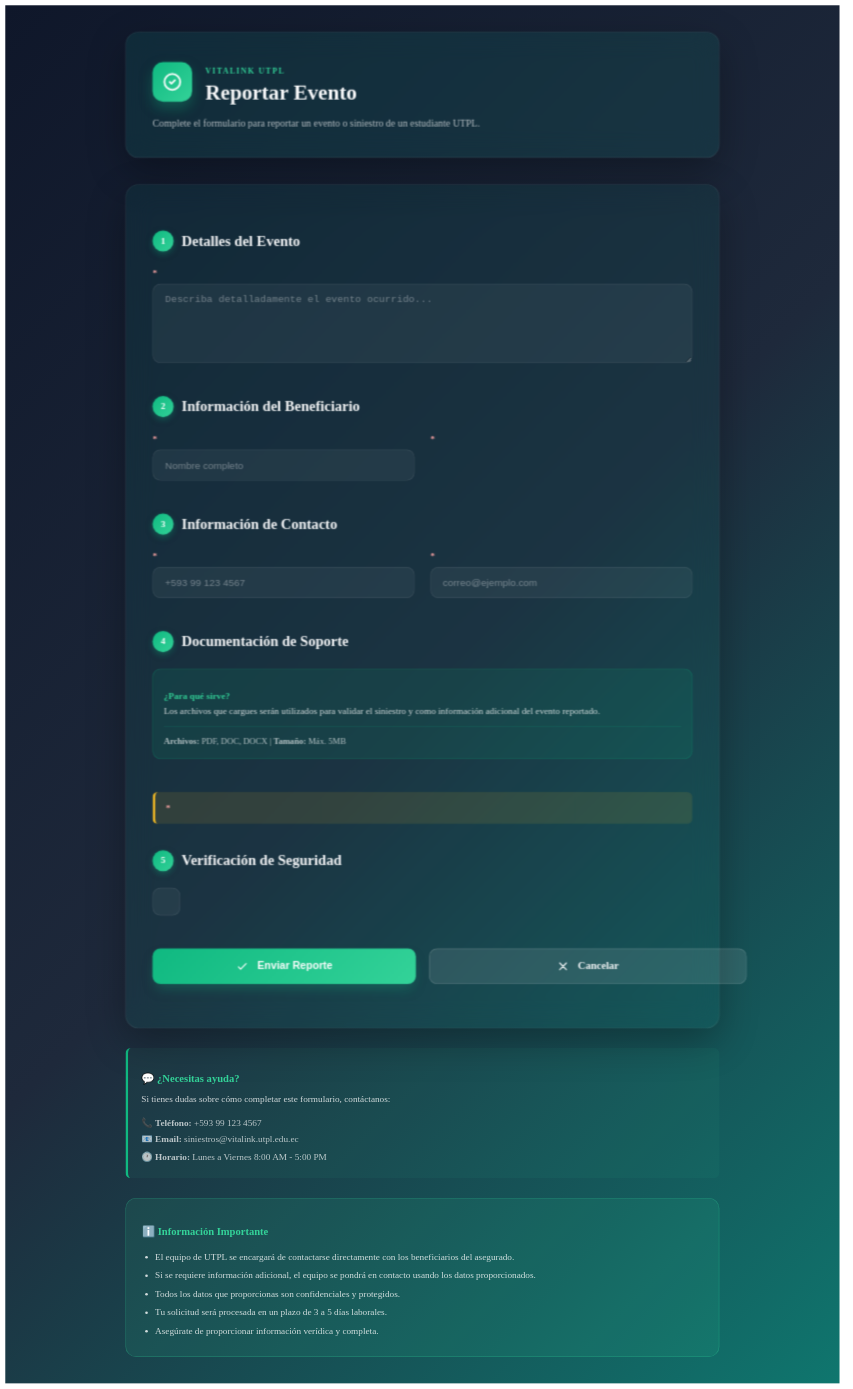
Repository: Carlosmicael/seguroVitaLink
Page: templates/siniestros/formulario_activacion.html
The author's editor kept a copy of each file at every save. The page is drawn from the files as they stood at one save, then again after the next save.
The browser window is 1280 px wide. The page is 1280 px wide, then 1293 px, so the pictures cover 1293 px, including what lies to the right of the window. The pictures show the whole page, at 66% of full size.
The template is drawn by Django 5.2. The application's start-up code is not run. Other server files are loaded and not shown. The template is opened directly, without the code that normally fills it, so the values that code supplies are empty.

Above is the page before, as saved 2026-01-22 21:47:44.

### templates/siniestros/formulario_activacion.html
{% load static %}


{% block content %}
<style>
@keyframes fadeIn {
    from { opacity: 0; transform: translateY(20px); }
    to { opacity: 1; transform: translateY(0); }
}

.form-section {
    animation: fadeIn 0.6s ease-out;
}

.input-field {
    background: rgba(255, 255, 255, 0.05);
    border: 1px solid rgba(255, 255, 255, 0.1);
    border-radius: 12px;
    padding: 14px 18px;
    color: #f9fafb;
    font-size: 15px;
    transition: all 0.3s ease;
    width: 100%;
}

.input-field:focus {
    outline: none;
    background: rgba(255, 255, 255, 0.08);
    border-color: #10b981;
    box-shadow: 0 0 0 3px rgba(16, 185, 129, 0.1);
}

.input-field::placeholder {
    color: rgba(255, 255, 255, 0.4);
}

textarea.input-field {
    min-height: 120px;
    resize: vertical;
}

select.input-field {
    appearance: none;
    background-image: url("data:[embedded picture, 228 characters]");
    background-repeat: no-repeat;
    background-position: right 12px center;
    background-size: 20px;
    padding-right: 40px;
}

.btn-primary {
    background: linear-gradient(135deg, #10b981 0%, #34d399 100%);
    color: white;
    font-weight: 700;
    padding: 16px 40px;
    border-radius: 12px;
    font-size: 16px;
    border: none;
    cursor: pointer;
    transition: all 0.3s ease;
    box-shadow: 0 10px 20px -5px rgba(16, 185, 129, 0.3);
    width: 100%;
}

.btn-primary:hover {
    transform: translateY(-2px);
    box-shadow: 0 15px 30px -5px rgba(16, 185, 129, 0.4);
}

.btn-secondary {
    background: rgba(255, 255, 255, 0.1);
    color: #f9fafb;
    font-weight: 600;
    padding: 16px 40px;
    border-radius: 12px;
    font-size: 16px;
    border: 1px solid rgba(255, 255, 255, 0.2);
    cursor: pointer;
    transition: all 0.3s ease;
    text-align: center;
    text-decoration: none;
    display: inline-block;
    width: 100%;
}

.btn-secondary:hover {
    background: rgba(255, 255, 255, 0.15);
    border-color: rgba(255, 255, 255, 0.3);
}

.section-badge {
    display: inline-flex;
    align-items: center;
    justify-content: center;
    width: 32px;
    height: 32px;
    background: linear-gradient(135deg, #10b981 0%, #34d399 100%);
    border-radius: 50%;
    color: white;
    font-weight: 700;
    font-size: 14px;
    margin-right: 12px;
    box-shadow: 0 4px 10px rgba(16, 185, 129, 0.3);
}

.label-text {
    color: rgba(255, 255, 255, 0.9);
    font-size: 14px;
    font-weight: 600;
    margin-bottom: 8px;
    display: block;
}

.error-text {
    color: #fca5a5;
    font-size: 13px;
    margin-top: 6px;
}

.info-box {
    background: rgba(16, 185, 129, 0.1);
    border: 1px solid rgba(16, 185, 129, 0.3);
    border-radius: 12px;
    padding: 16px;
    margin-bottom: 20px;
}

.help-box {
    background: rgba(52, 211, 153, 0.05);
    border-left: 4px solid #10b981;
    border-radius: 8px;
    padding: 20px;
    margin-top: 30px;
}

.checkbox-wrapper {
    display: flex;
    align-items: start;
    gap: 12px;
    background: rgba(251, 191, 36, 0.1);
    border-left: 4px solid #fbbf24;
    border-radius: 8px;
    padding: 16px;
}

.checkbox-wrapper input[type="checkbox"] {
    width: 20px;
    height: 20px;
    cursor: pointer;
    margin-top: 2px;
}

.file-input-wrapper {
    position: relative;
}

.file-input-wrapper input[type="file"] {
    width: 100%;
    padding: 14px;
    background: rgba(255, 255, 255, 0.05);
    border: 2px dashed rgba(255, 255, 255, 0.2);
    border-radius: 12px;
    color: #f9fafb;
    cursor: pointer;
    transition: all 0.3s ease;
}

.file-input-wrapper input[type="file"]:hover {
    background: rgba(255, 255, 255, 0.08);
    border-color: #10b981;
}
</style>

<main style="background: linear-gradient(135deg, #0f172a 0%, #1e293b 50%, #0f766e 100%); min-height: 100vh; padding: 40px 20px;">
    <div style="max-width: 900px; margin: 0 auto;">

        <!-- Header Card -->
        <div style="background: rgba(15, 118, 110, 0.2); backdrop-filter: blur(20px); border-radius: 20px; padding: 40px; margin-bottom: 40px; border: 1px solid rgba(255, 255, 255, 0.1); box-shadow: 0 20px 60px rgba(0, 0, 0, 0.3);">
            <div style="display: flex; align-items: center; gap: 20px; margin-bottom: 16px;">
                <div style="width: 60px; height: 60px; background: linear-gradient(135deg, #10b981 0%, #34d399 100%); border-radius: 16px; display: flex; align-items: center; justify-content: center; box-shadow: 0 10px 20px rgba(16, 185, 129, 0.3);">
                    <svg style="width: 32px; height: 32px; color: white;" fill="none" stroke="currentColor" viewBox="0 0 24 24">
                        <path stroke-linecap="round" stroke-linejoin="round" stroke-width="2" d="M9 12l2 2 4-4m6 2a9 9 0 11-18 0 9 9 0 0118 0z"></path>
                    </svg>
                </div>
                <div>
                    <p style="color: #34d399; font-size: 12px; font-weight: 700; text-transform: uppercase; letter-spacing: 2px; margin-bottom: 4px;">VITALINK UTPL</p>
                    <h1 style="font-size: 32px; font-weight: 900; color: #f9fafb; line-height: 1.2; margin: 0;">Reportar Evento</h1>
                </div>
            </div>
            <p style="color: rgba(255, 255, 255, 0.7); font-size: 15px; line-height: 1.6; margin: 0;">
                Complete el formulario para reportar un evento o siniestro de un estudiante UTPL.
            </p>
        </div>

        <!-- Main Form Card -->
        <div style="background: rgba(15, 118, 110, 0.15); backdrop-filter: blur(20px); border-radius: 20px; padding: 50px 40px; border: 1px solid rgba(255, 255, 255, 0.1); box-shadow: 0 20px 60px rgba(0, 0, 0, 0.3);">
            <form method="POST" enctype="multipart/form-data" id="activacionForm" url="reportar_evento">
                {% csrf_token %}

                <!-- Sección 1: Detalles del Evento -->
                <div style="margin-bottom: 50px;" class="form-section">
                    <h2 style="font-size: 22px; font-weight: 700; color: #f9fafb; margin-bottom: 25px; display: flex; align-items: center;">
                        <span class="section-badge">1</span>
                        Detalles del Evento
                    </h2>

                    <div style="margin-bottom: 24px;">
                        <label for="{{ form.descripcion.id_for_label }}" class="label-text">
                            {{ form.descripcion.label }}
                            <span style="color: #fca5a5;">*</span>
                        </label>
                        <textarea name="{{ form.descripcion.name }}" id="{{ form.descripcion.id_for_label }}" class="input-field" placeholder="Describa detalladamente el evento ocurrido..." required>{{ form.descripcion.value|default:'' }}</textarea>
                        {% if form.descripcion.errors %}
                            <div class="error-text">{{ form.descripcion.errors.0 }}</div>
                        {% endif %}
                    </div>
                </div>

                <!-- Sección 2: Información del Beneficiario -->
                <div style="margin-bottom: 50px;" class="form-section">
                    <h2 style="font-size: 22px; font-weight: 700; color: #f9fafb; margin-bottom: 25px; display: flex; align-items: center;">
                        <span class="section-badge">2</span>
                        Información del Beneficiario
                    </h2>

                    <div style="display: grid; grid-template-columns: repeat(auto-fit, minmax(250px, 1fr)); gap: 24px;">
                        <div>
                            <label for="{{ form.nombre_beneficiario.id_for_label }}" class="label-text">
                                {{ form.nombre_beneficiario.label }}
                                <span style="color: #fca5a5;">*</span>
                            </label>
                            <input type="text" name="{{ form.nombre_beneficiario.name }}" id="{{ form.nombre_beneficiario.id_for_label }}" class="input-field" placeholder="Nombre completo" value="{{ form.nombre_beneficiario.value|default:'' }}" required>
                            {% if form.nombre_beneficiario.errors %}
                                <div class="error-text">{{ form.nombre_beneficiario.errors.0 }}</div>
                            {% endif %}
                        </div>

                        <div>
                            <label for="{{ form.relacion_beneficiario.id_for_label }}" class="label-text">
                                {{ form.relacion_beneficiario.label }}
                                <span style="color: #fca5a5;">*</span>
                            </label>
                            {{ form.relacion_beneficiario }}
                            {% if form.relacion_beneficiario.errors %}
                                <div class="error-text">{{ form.relacion_beneficiario.errors.0 }}</div>
                            {% endif %}
                        </div>
                    </div>
                </div>

                <!-- Sección 3: Contacto -->
                <div style="margin-bottom: 50px;" class="form-section">
                    <h2 style="font-size: 22px; font-weight: 700; color: #f9fafb; margin-bottom: 25px; display: flex; align-items: center;">
                        <span class="section-badge">3</span>
                        Información de Contacto
                    </h2>

                    <div style="display: grid; grid-template-columns: repeat(auto-fit, minmax(250px, 1fr)); gap: 24px;">
                        <div>
                            <label for="{{ form.telefono.id_for_label }}" class="label-text">
                                {{ form.telefono.label }}
                                <span style="color: #fca5a5;">*</span>
                            </label>
                            <input type="tel" name="{{ form.telefono.name }}" id="{{ form.telefono.id_for_label }}" class="input-field" placeholder="+593 99 123 4567" value="{{ form.telefono.value|default:'' }}" required>
                            {% if form.telefono.errors %}
                                <div class="error-text">{{ form.telefono.errors.0 }}</div>
                            {% endif %}
                        </div>

                        <div>
                            <label for="{{ form.email.id_for_label }}" class="label-text">
                                {{ form.email.label }}
                                <span style="color: #fca5a5;">*</span>
                            </label>
                            <input type="email" name="{{ form.email.name }}" id="{{ form.email.id_for_label }}" class="input-field" placeholder="correo@ejemplo.com" value="{{ form.email.value|default:'' }}" required>
                            {% if form.email.errors %}
                                <div class="error-text">{{ form.email.errors.0 }}</div>
                            {% endif %}
                        </div>
                    </div>
                </div>

                <!-- Sección 4: Documentación -->
                <div style="margin-bottom: 50px;" class="form-section">
                    <h2 style="font-size: 22px; font-weight: 700; color: #f9fafb; margin-bottom: 25px; display: flex; align-items: center;">
                        <span class="section-badge">4</span>
                        Documentación de Soporte
                    </h2>

                    <div class="info-box">
                        <p style="color: rgba(255, 255, 255, 0.85); font-size: 14px; line-height: 1.6; margin-bottom: 12px;">
                            <strong style="color: #34d399;">¿Para qué sirve?</strong><br>
                            Los archivos que cargues serán utilizados para validar el siniestro y como información adicional del evento reportado.
                        </p>
                        <hr style="border: none; border-top: 1px solid rgba(16, 185, 129, 0.2); margin: 12px 0;">
                        <p style="color: rgba(255, 255, 255, 0.7); font-size: 13px; line-height: 1.5; margin: 0;">
                            <strong>Archivos:</strong> PDF, DOC, DOCX | <strong>Tamaño:</strong> Máx. 5MB
                        </p>
                    </div>

                    <div class="file-input-wrapper">
                        <label for="{{ form.archivo_documento.id_for_label }}" class="label-text">
                            {{ form.archivo_documento.label }}
                        </label>
                        {{ form.archivo_documento }}
                        {% if form.archivo_documento.errors %}
                            <div class="error-text">{{ form.archivo_documento.errors.0 }}</div>
                        {% endif %}
                    </div>
                </div>

                <!-- Sección 5: Consentimiento -->
                <div style="margin-bottom: 40px;" class="form-section">
                    <div class="checkbox-wrapper">
                        {{ form.acepta_terminos }}
                        <label for="{{ form.acepta_terminos.id_for_label }}" style="color: rgba(255, 255, 255, 0.9); font-size: 14px; font-weight: 600; flex: 1;">
                            {{ form.acepta_terminos.label }}
                            <span style="color: #fca5a5;">*</span>
                        </label>
                    </div>
                    {% if form.acepta_terminos.errors %}
                        <div class="error-text" style="margin-left: 32px;">{{ form.acepta_terminos.errors.0 }}</div>
                    {% endif %}
                </div>

                <!-- Sección 6: reCAPTCHA -->
                <div style="margin-bottom: 40px;" class="form-section">
                    <h2 style="font-size: 22px; font-weight: 700; color: #f9fafb; margin-bottom: 25px; display: flex; align-items: center;">
                        <span class="section-badge">5</span>
                        Verificación de Seguridad
                    </h2>

                    <div style="background: rgba(255, 255, 255, 0.05); border: 1px solid rgba(255, 255, 255, 0.1); border-radius: 12px; padding: 20px; display: inline-block;">
                        {% if form.captcha.errors %}
                            <div class="error-text" style="margin-bottom: 12px;">{{ form.captcha.errors.0 }}</div>
                        {% endif %}
                        {{ form.captcha }}
                    </div>
                </div>

                <!-- Botones de Acción -->
                <div style="display: grid; grid-template-columns: repeat(auto-fit, minmax(200px, 1fr)); gap: 20px; margin-top: 50px;">
                    <button type="submit" class="btn-primary" >
                        <svg style="display: inline-block; width: 20px; height: 20px; margin-right: 8px; vertical-align: middle;" fill="none" stroke="currentColor" viewBox="0 0 24 24">
                            <path stroke-linecap="round" stroke-linejoin="round" stroke-width="2" d="M5 13l4 4L19 7"></path>
                        </svg>
                        Enviar Reporte
                    </button>
                    <a href="{% url 'inicio' %}" class="btn-secondary">
                        <svg style="display: inline-block; width: 20px; height: 20px; margin-right: 8px; vertical-align: middle;" fill="none" stroke="currentColor" viewBox="0 0 24 24">
                            <path stroke-linecap="round" stroke-linejoin="round" stroke-width="2" d="M6 18L18 6M6 6l12 12"></path>
                        </svg>
                        Cancelar
                    </a>
                </div>
            </form>
        </div>

        <!-- Help Box -->
        <div class="help-box">
            <h3 style="color: #34d399; font-size: 16px; font-weight: 700; margin-bottom: 12px;">💬 ¿Necesitas ayuda?</h3>
            <p style="color: rgba(255, 255, 255, 0.8); font-size: 14px; margin-bottom: 16px;">Si tienes dudas sobre cómo completar este formulario, contáctanos:</p>
            <div style="color: rgba(255, 255, 255, 0.7); font-size: 14px; line-height: 1.8;">
                <p style="margin: 0;">📞 <strong>Teléfono:</strong> +593 99 123 4567</p>
                <p style="margin: 0;">📧 <strong>Email:</strong> siniestros@vitalink.utpl.edu.ec</p>
                <p style="margin: 0;">🕐 <strong>Horario:</strong> Lunes a Viernes 8:00 AM - 5:00 PM</p>
            </div>
        </div>

        <!-- Info Box -->
        <div style="margin-top: 30px; background: rgba(52, 211, 153, 0.1); border: 1px solid rgba(52, 211, 153, 0.3); border-radius: 16px; padding: 24px;">
            <h3 style="color: #34d399; font-size: 16px; font-weight: 700; margin-bottom: 16px;">ℹ️ Información Importante</h3>
            <ul style="color: rgba(255, 255, 255, 0.8); font-size: 14px; line-height: 2; margin: 0; padding-left: 20px;">
                <li>El equipo de UTPL se encargará de contactarse directamente con los beneficiarios del asegurado.</li>
                <li>Si se requiere información adicional, el equipo se pondrá en contacto usando los datos proporcionados.</li>
                <li>Todos los datos que proporcionas son confidenciales y protegidos.</li>
                <li>Tu solicitud será procesada en un plazo de 3 a 5 días laborales.</li>
                <li>Asegúrate de proporcionar información verídica y completa.</li>
            </ul>
        </div>
    </div>
</main>

<script>
document.addEventListener('DOMContentLoaded', function() {
    const formFields = document.querySelectorAll('input[type="text"], input[type="email"], input[type="tel"], select, textarea');
    formFields.forEach(field => {
        if (!field.classList.contains('input-field')) {
            field.classList.add('input-field');
        }
    });

    const fileInput = document.querySelector('input[type="file"]');
    if (fileInput && !fileInput.classList.contains('input-field')) {
        fileInput.style.cssText = `
            width: 100%;
            padding: 14px;
            background: rgba(255, 255, 255, 0.05);
            border: 2px dashed rgba(255, 255, 255, 0.2);
            border-radius: 12px;
            color: #f9fafb;
            cursor: pointer;
            transition: all 0.3s ease;
        `;
    }
});
</script>
{% endblock %}

{% block extra_js %}
<script src="https://www.google.com/recaptcha/api.js" async defer></script>
{% endblock %}

After the next save:
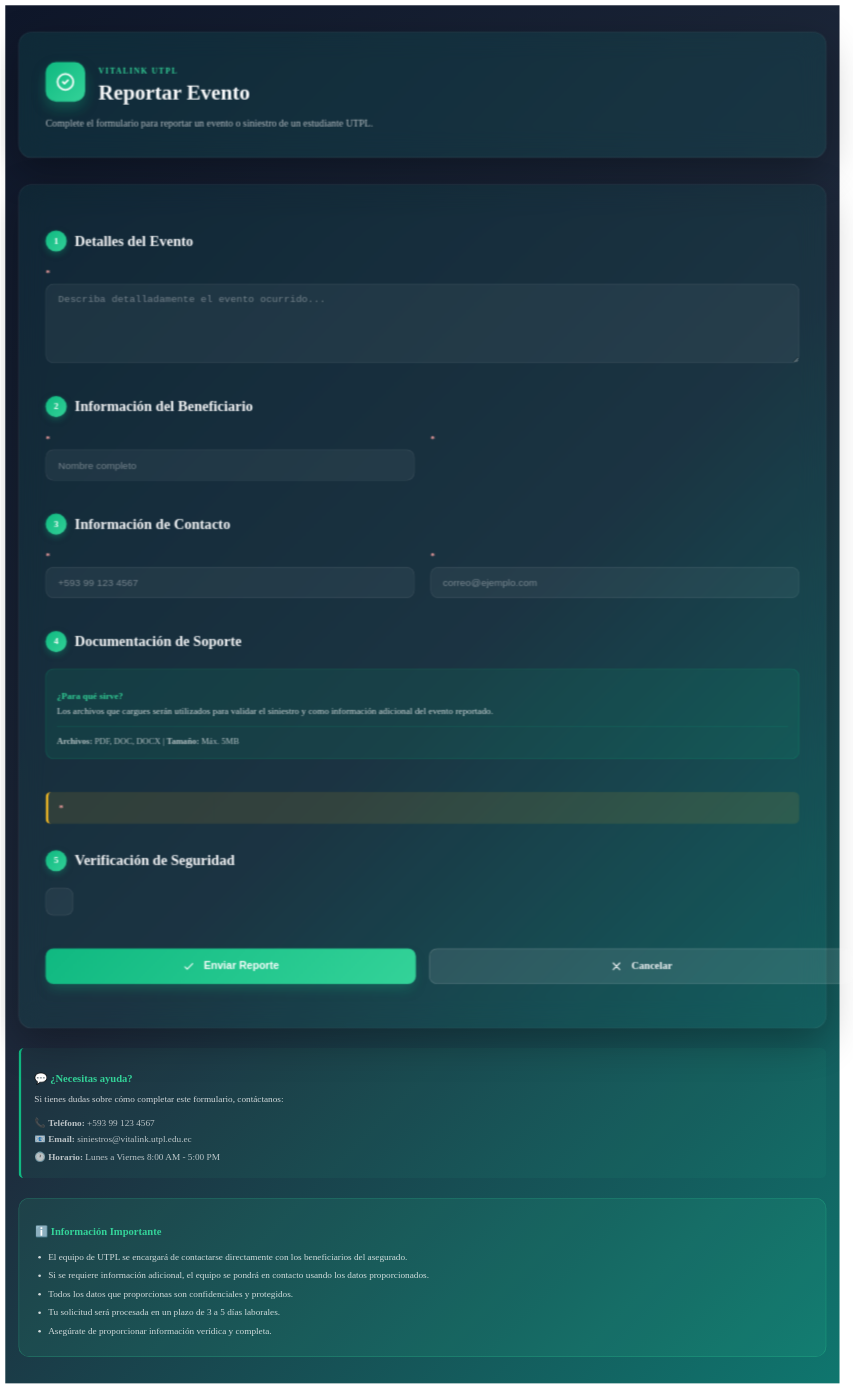
Saved 32 s later.
--- a/templates/siniestros/formulario_activacion.html
+++ b/templates/siniestros/formulario_activacion.html
@@ -172,7 +172,7 @@
 </style>
 
 <main style="background: linear-gradient(135deg, #0f172a 0%, #1e293b 50%, #0f766e 100%); min-height: 100vh; padding: 40px 20px;">
-    <div style="max-width: 900px; margin: 0 auto;">
+    {% comment %} <div style="max-width: 900px; margin: 0 auto;"> {% endcomment %}
 
         <!-- Header Card -->
         <div style="background: rgba(15, 118, 110, 0.2); backdrop-filter: blur(20px); border-radius: 20px; padding: 40px; margin-bottom: 40px; border: 1px solid rgba(255, 255, 255, 0.1); box-shadow: 0 20px 60px rgba(0, 0, 0, 0.3);">
@@ -378,7 +378,7 @@
                 <li>Asegúrate de proporcionar información verídica y completa.</li>
             </ul>
         </div>
-    </div>
+    {% comment %} </div> {% endcomment %}
 </main>
 
 <script>
